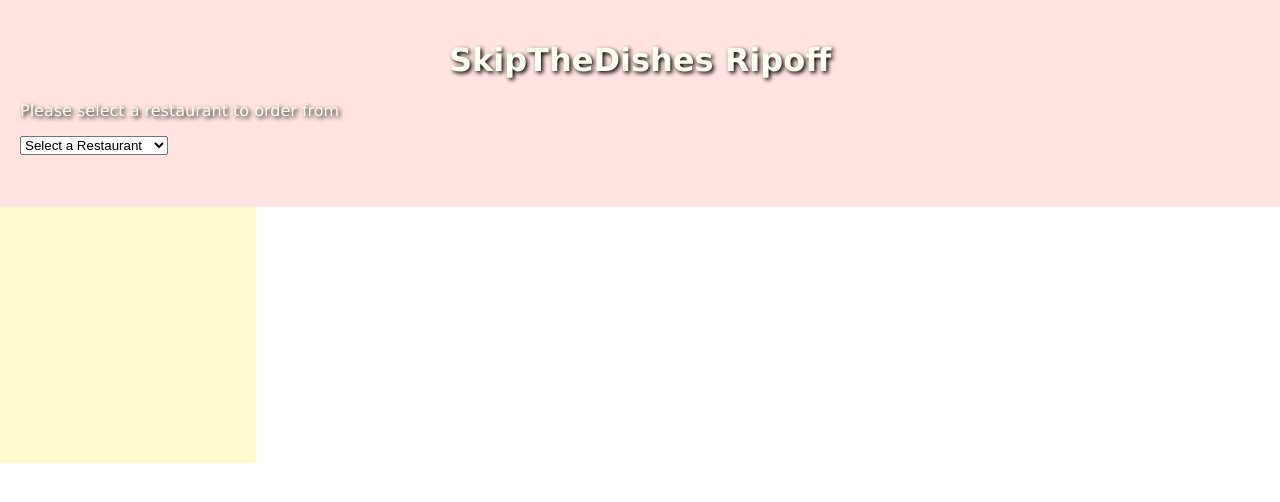
Repository: hudaali14/Carleton
Page: 2406/Assignments/Assignment1 (97)/order.html
These files come from the project's save history. The page is drawn as it stood at one moment and after the next save; the edit follows.
The browser window is 1280 px wide. The pictures show the whole page.

Above is the page before, as saved 2020-01-26 00:41:59.

After the next save:
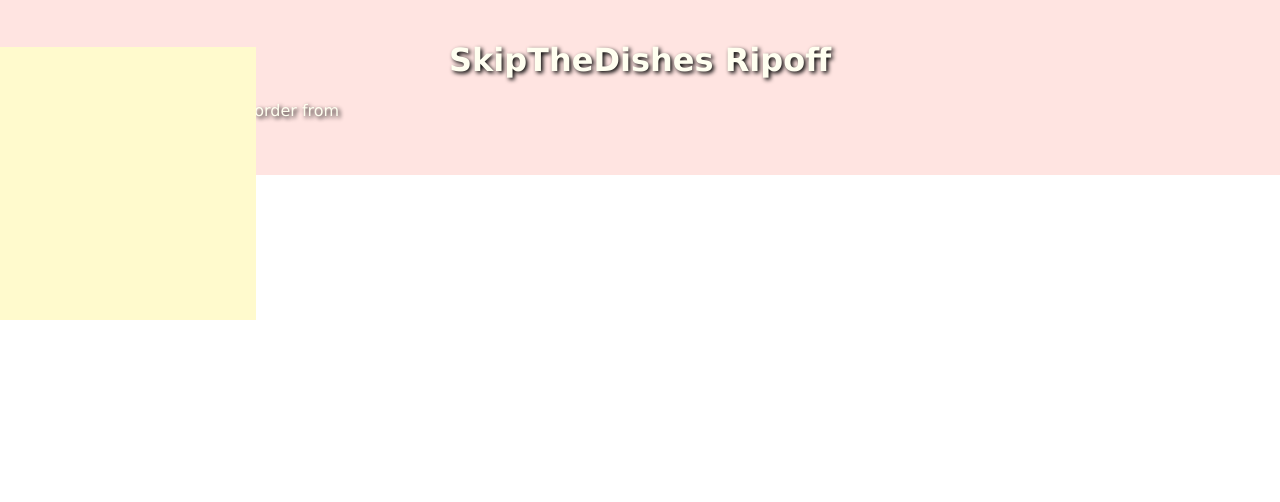
Saved 2 min 9 s later.
--- a/2406/Assignments/Assignment1 (97)/style.css
+++ b/2406/Assignments/Assignment1 (97)/style.css
@@ -15,14 +15,14 @@
 
 #requirements{
     text-align: right;
-    display: inline-block;
+    display: inline;
 }
 
 #categories{
     padding: 10%;
     background-color: lemonchiffon;
     color: black;
-    display: inline-block;
+    display: inline;
     border: 0px;
     margin: 0px;
 }
